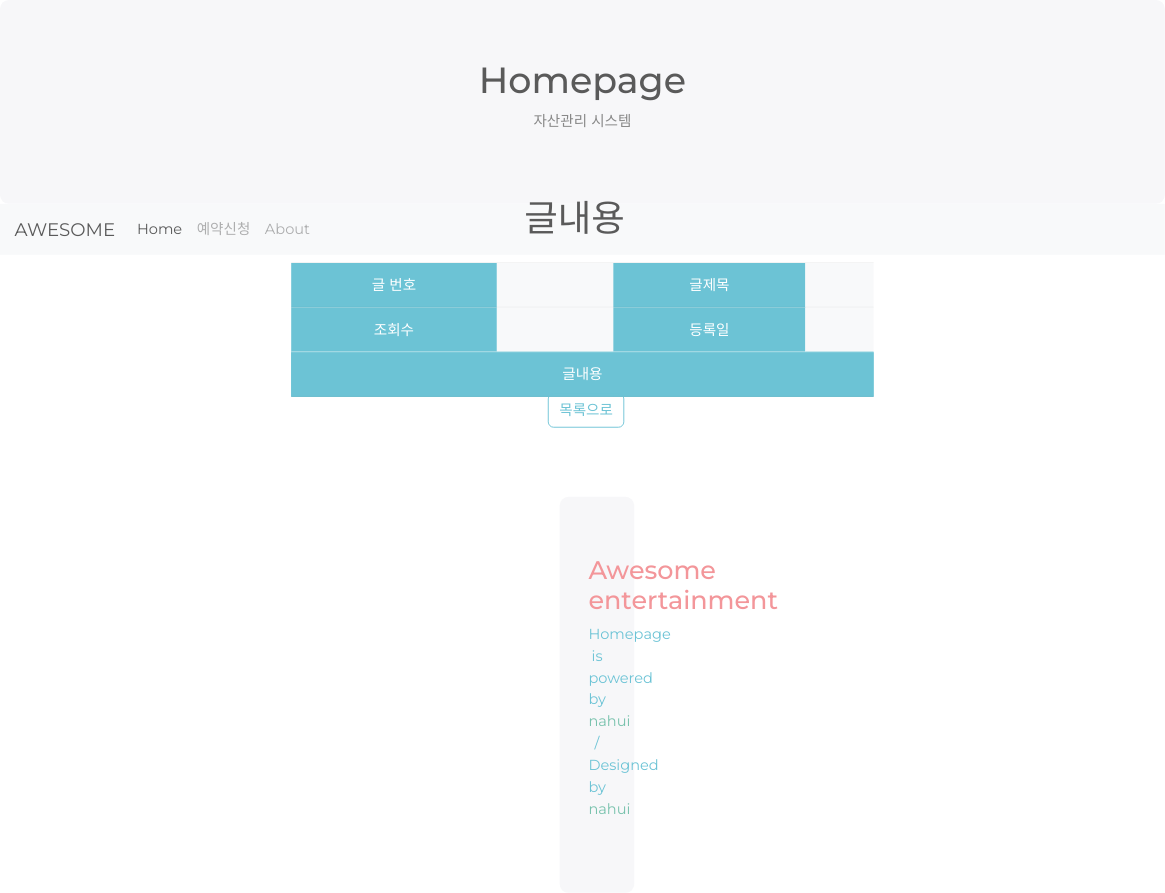
Repository: Nahui068/project1
Page: http://localhost/project1/WEB-INF/views/content.jsp
An editor plug-in stored every save of this project. The page is shown before and after the next save, followed by the edit.
The browser window is 1280 px wide. The pictures show the whole page, at 91% of full size.
The page is served by Tomcat 9. Nobody is signed in. The template is opened directly, without the code that normally fills it, so the values that code supplies are empty.

Above is the page before, as saved 2021-01-07 02:45:05.

After the next save:
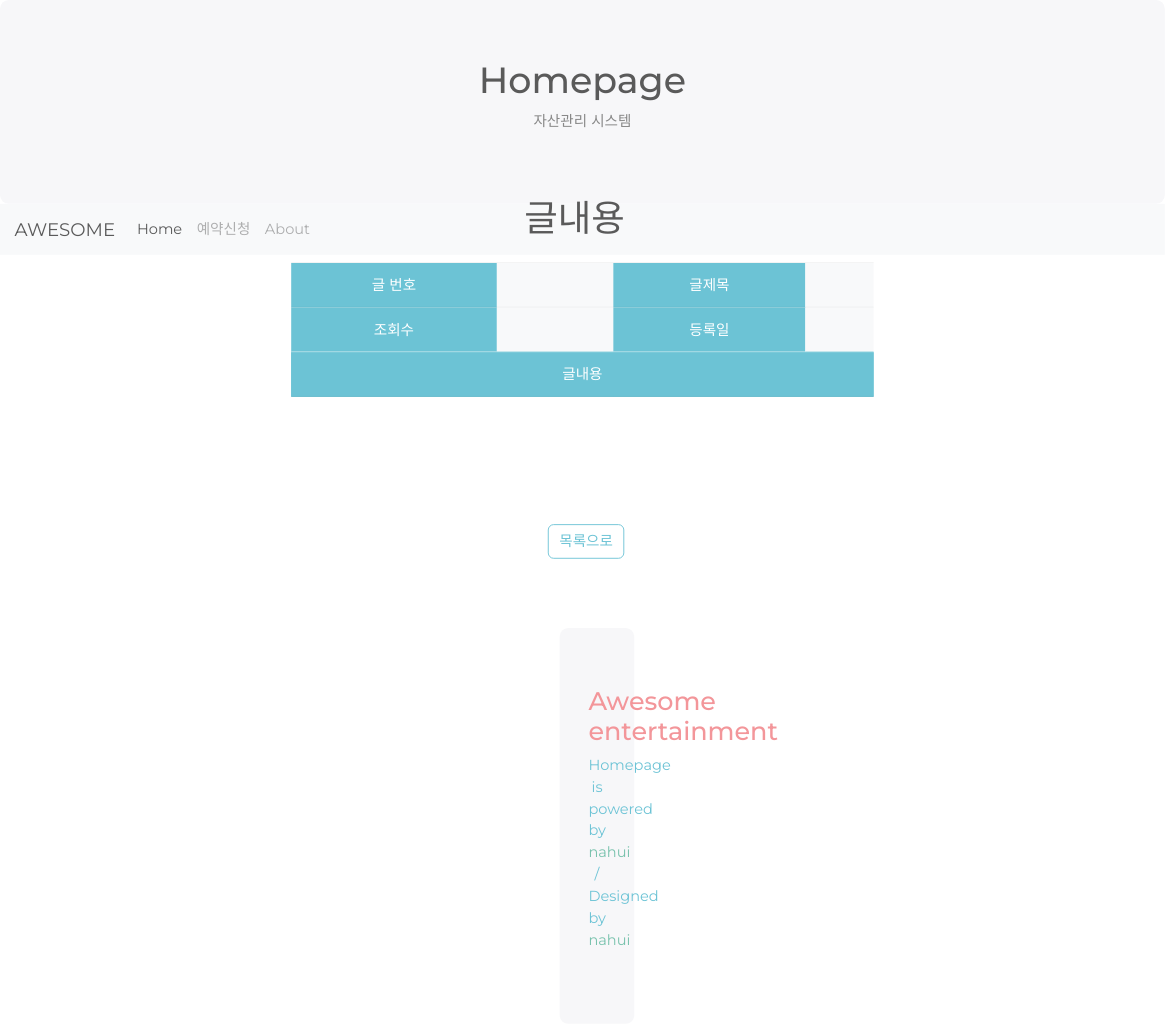
Saved 7 s later.
--- a/project1/src/main/webapp/WEB-INF/views/content.jsp
+++ b/project1/src/main/webapp/WEB-INF/views/content.jsp
@@ -32,7 +32,7 @@
 			<td colspan="4">${content.content}</td>
 		</tr>
 	</table>
-	<button type="button" class="btn btn-outline-info" style="position:absolute; top:60%; left:47%;"onClick="location.href='/project1/board_select'">목록으로
+	<button type="button" class="btn btn-outline-info" style="position:absolute; top:80%; left:47%;"onClick="location.href='/project1/board_select'">목록으로
 	<%@ include file="/WEB-INF/views/include/footer.jsp" %>
 </body>
 </html>
